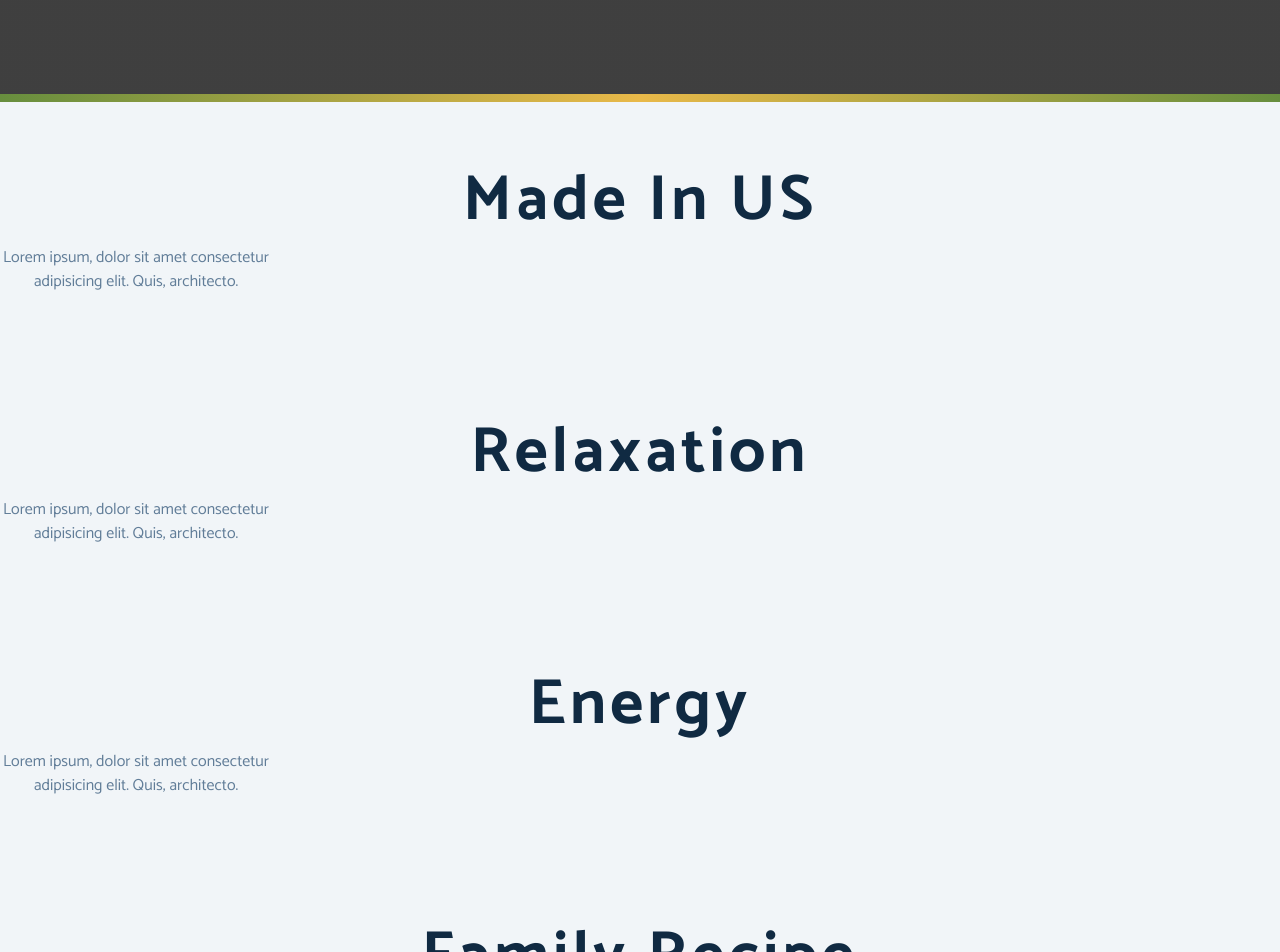
Repository: waniArif/tea-project
Page: index.html
An editor plug-in stored every save of this project. The page is shown before and after the next save, followed by the edit.
The browser window is 1280 px wide. The pictures show the part of the page from y = 626 to 1578 px (the page is 1736 px tall before and 1656 px after).
Pictures or frames that could not be fetched are drawn as grey boxes. Some icons come from a web library that is not loaded, so they are not drawn. Backgrounds fixed to the window are drawn as part of the page. Some web fonts or font styles are not loaded; a fallback is used.

Above is the page before, as saved 2021-07-04 15:17:26.
Console error: TypeError: Cannot read properties of null (reading 'addEventListener')

### index.html
<!DOCTYPE html>
<html lang="en">
  <head>
    <meta charset="UTF-8" />
    <meta name="viewport" content="width=device-width, initial-scale=1.0" />
    <meta http-equiv="X-UA-Compatible" content="ie=edge" />
    <title>Tea Station || Home</title>
    <!-- font-awesome -->
    <link
      rel="stylesheet"
      href="./fontawesome-free-5.12.1-web/css/all.min.css"
    />
    <!-- custom css -->
    <link rel="stylesheet" href="./css/styles.css" />
  </head>
  <body>
    <!-- navbar here -->
    <!-- header here -->

    <header class="header">
      <div class="banner">
        <h2>Over one hundred flavours</h2>
        <h1>
          Wani's<br />
          Crafted tea
        </h1>
        <a href="skills.html" class="btn banner-btn">explore</a>
      </div>
    </header>
    <!-- header ends here -->
    <div class="content-divider"></div>
    <!-- skills section -->

    <section class="skills clearfix">
      <!-- single skill -->
      <article class="skill">
        <span class="skill-icon">
          <i class="fas fa-mug-hot"></i>
        </span>
        <h4 class="skill-title">made in US</h4>
        <p class="skill-text">
          Lorem ipsum, dolor sit amet consectetur adipisicing elit. Quis,
          architecto.
        </p>
      </article>
      <!-- end of a single skill -->
      <!-- single skill -->
      <article class="skill">
        <span class="skill-icon">
          <i class="fas fa-glass-cheers"></i>
        </span>
        <h4 class="skill-title">relaxation</h4>
        <p class="skill-text">
          Lorem ipsum, dolor sit amet consectetur adipisicing elit. Quis,
          architecto.
        </p>
      </article>
      <!-- end of a single skill -->
      <!-- single skill -->
      <article class="skill">
        <span class="skill-icon">
          <i class="fas fa-bomb"></i>
        </span>
        <h4 class="skill-title">Energy</h4>
        <p class="skill-text">
          Lorem ipsum, dolor sit amet consectetur adipisicing elit. Quis,
          architecto.
        </p>
      </article>
      <!-- end of a single skill -->
      <!-- single skill -->
      <article class="skill">
        <span class="skill-icon">
          <i class="fas fa-mortar-pestle"></i>
        </span>
        <h4 class="skill-title">family recipe</h4>
        <p class="skill-text">
          Lorem ipsum, dolor sit amet consectetur adipisicing elit. Quis,
          architecto.
        </p>
      </article>
      <!-- end of a single skill -->
    </section>
    <!--  end of skills section -->

    <script src="app.js"></script>
  </body>
</html>

### css/styles.css
/*
===================
Fonts
===================
*/

@import url("https://fonts.googleapis.com/css?family=Catamaran:400,700|Grand+Hotel");

/*
===================
Variables
===================
*/

:root {
  --clr-primary: #678e3e;
  --clr-primarylight: #beed8c;
  --clr-grey-1: #102a42;
  --clr-grey-5: #617d98;
  --clr-grey-10: #f1f5f8;
  --clr-white: #fff;
  --ff-primary: "Catamaran", sans-serif;
  --ff-secondary: "Grand Hotel", cursive;
  --transition: all 0.3 linear;
  --spacing: 0.25rem;
  --radius: 0.5rem;
}

* {
  margin: 0;
  padding: 0;
  box-sizing: border-box;
}

body {
  font-family: var(--ff-primary);
  background: var(--clr-white);
  color: var(--clr-grey-1);
  line-height: 1.5rem;
  font-size: 0.875rem;
}

a {
  text-decoration: none;
}

img {
  width: 100%;
  display: block;
}

h1,
h2,
h3,
h4 {
  letter-spacing: var(--spacing);
  text-transform: capitalize;
  line-height: 1.25;
  margin-bottom: 0.75rem;
}

h1 {
  font-size: 3rem;
}

h2 {
  font-size: 2rem;
}

h3 {
  font-size: 1.5rem;
}

h4 {
  font-size: 0.875rem;
}

p {
  margin-bottom: 1.25rem;
}

@media screen and (min-width: 800px) {
  h1 {
    font-size: 4rem;
  }
  h2 {
    font-size: 2.5rem;
  }
  h3 {
    font-size: 2rem;
  }
  h4 {
    font-size: 4rem;
  }
  body {
    font-size: 1rem;
  }
  h1,
  h2,
  h3,
  h4 {
    line-height: 1;
  }
}

/* more global css */

.btn {
  text-transform: uppercase;
  background: var(--clr-primary);
  color: var(--clr-white);
  padding: 0.75rem 1rem;
  letter-spacing: var(--spacing);
  display: inline-block;
  font-weight: 700;
  transition: var(--transition);
  font-size: 1rem;
  border: none;
  cursor: pointer;
  box-shadow: 0 1px 3px rgba(0, 0, 0, 0.2);
}
.btn:hover {
  color: var(--clr-primary);
  background: var(--clr-primarylight);
}

/*
===================
Header
===================
*/

.header {
  min-height: 100vh;
  background: linear-gradient(rgba(0, 0, 0, 0.6), rgba(0, 0, 0, 0.6)),
    url("../images/main-bcg.jpeg") center/cover no-repeat fixed;

  position: relative;
  /* animation */
  overflow-x: hidden;
}

.banner {
  text-align: center;
  position: absolute;
  top: 50%;
  left: 50%;
  transform: translate(-50%, -50%);
}
.banner h2 {
  font-family: var(--ff-secondary);
  color: var(--clr-primary);
  /* animation */
}
.banner h1 {
  text-transform: uppercase;
  color: var(--clr-white);
  margin-top: 1.25rem;
  margin-bottom: 2rem;
  /* animation */
}
.banner-btn {
  outline: 0.125rem solid var(--clr-primary);
  outline-offset: 0.25rem;
  font-size: 1.25rem;
  padding: 1rem 1.75rem;
}

/* content-divider */

.content-divider {
  height: 0.5rem;
  background: linear-gradient(
    to left,
    var(--clr-primary),
    #e9b949,
    var(--clr-primary)
  );
}

/*
===================
Skills
===================
*/

.skills {
  background: var(--clr-grey-10);
}
.skill {
  padding: 2.5rem 0;
  text-align: center;
  transition: var(--transition);
}

.skill-icon {
  font-size: 2.5rem;
  margin-bottom: 1.25rem;
  transition: var(--transition);
  display: inline-block;
  color: var(--clr-primary);
}

.skill-text {
  color: var(--clr-grey-5);
  max-width: 17rem;
  text-align: center;
}

Loaded but not shown: app.js (common file)

After the next save:
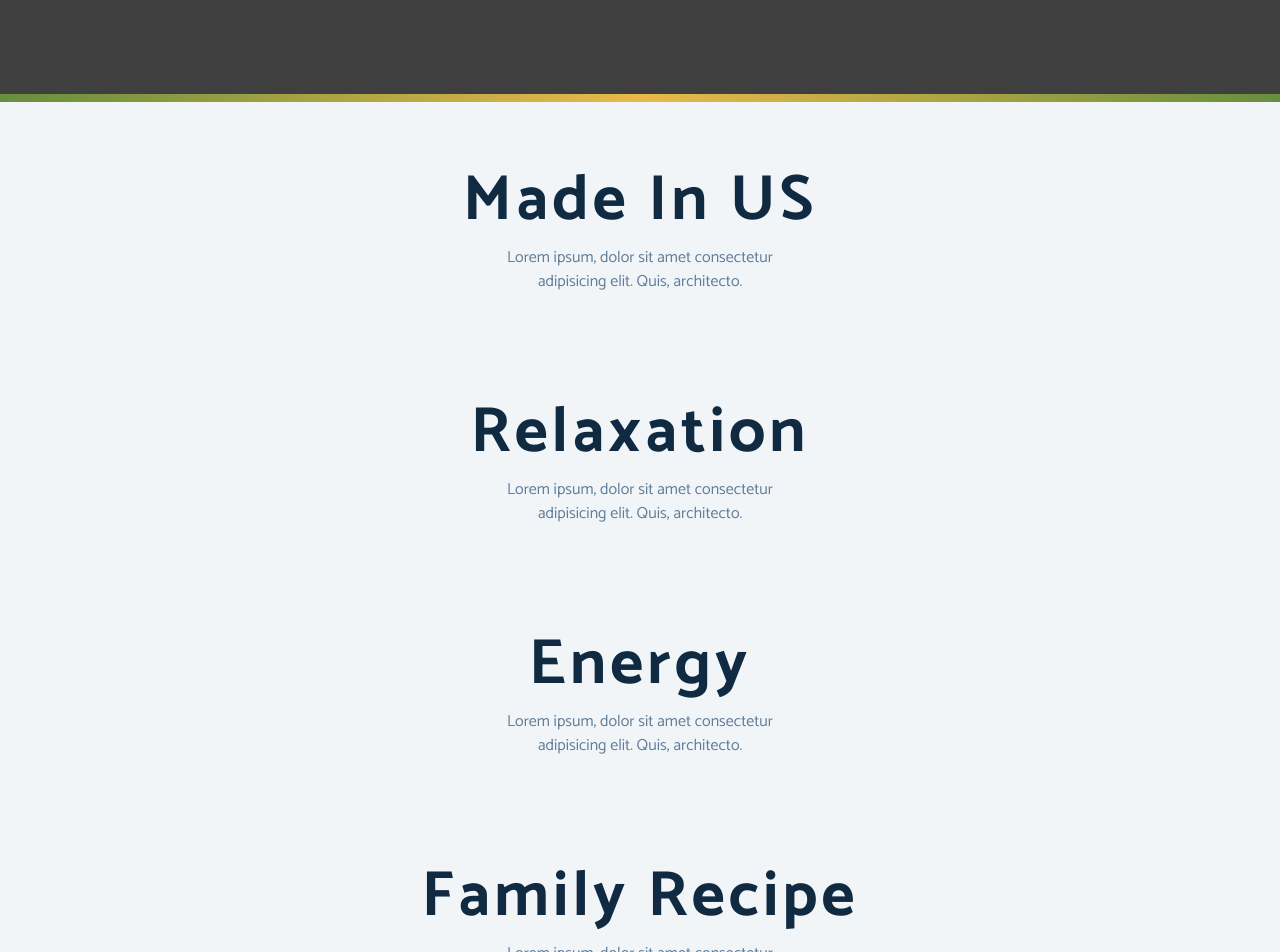
Saved 57 s later.
--- a/css/styles.css
+++ b/css/styles.css
@@ -204,5 +204,5 @@ Skills
 .skill-text {
   color: var(--clr-grey-5);
   max-width: 17rem;
-  text-align: center;
-}
+  margin: 0 auto;
+}
